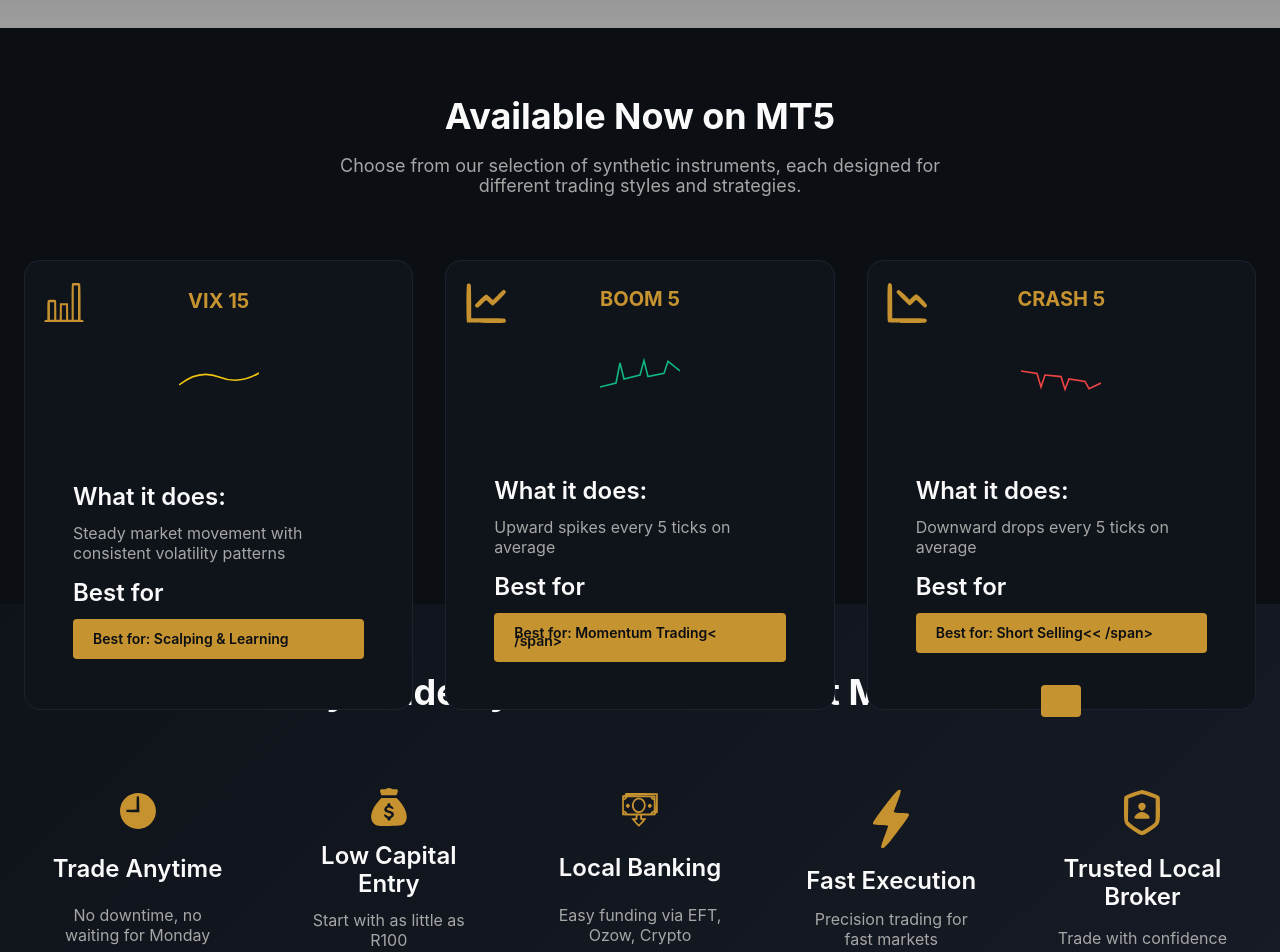
Repository: Jacques-Jaki-Morkel/VaultMarkets_Synthetics
Page: wp-copy/index.HTML
An editor plug-in stored every save of this project. The page is shown before and after the next save, followed by the edit.
The browser window is 1280 px wide. The pictures show the part of the page from y = 1238 to 2190 px (the page is 4689 px tall).
Pictures or frames that could not be fetched are drawn as grey boxes.

Above is the page before, as saved 2025-08-01 14:39:50.

After the next save:
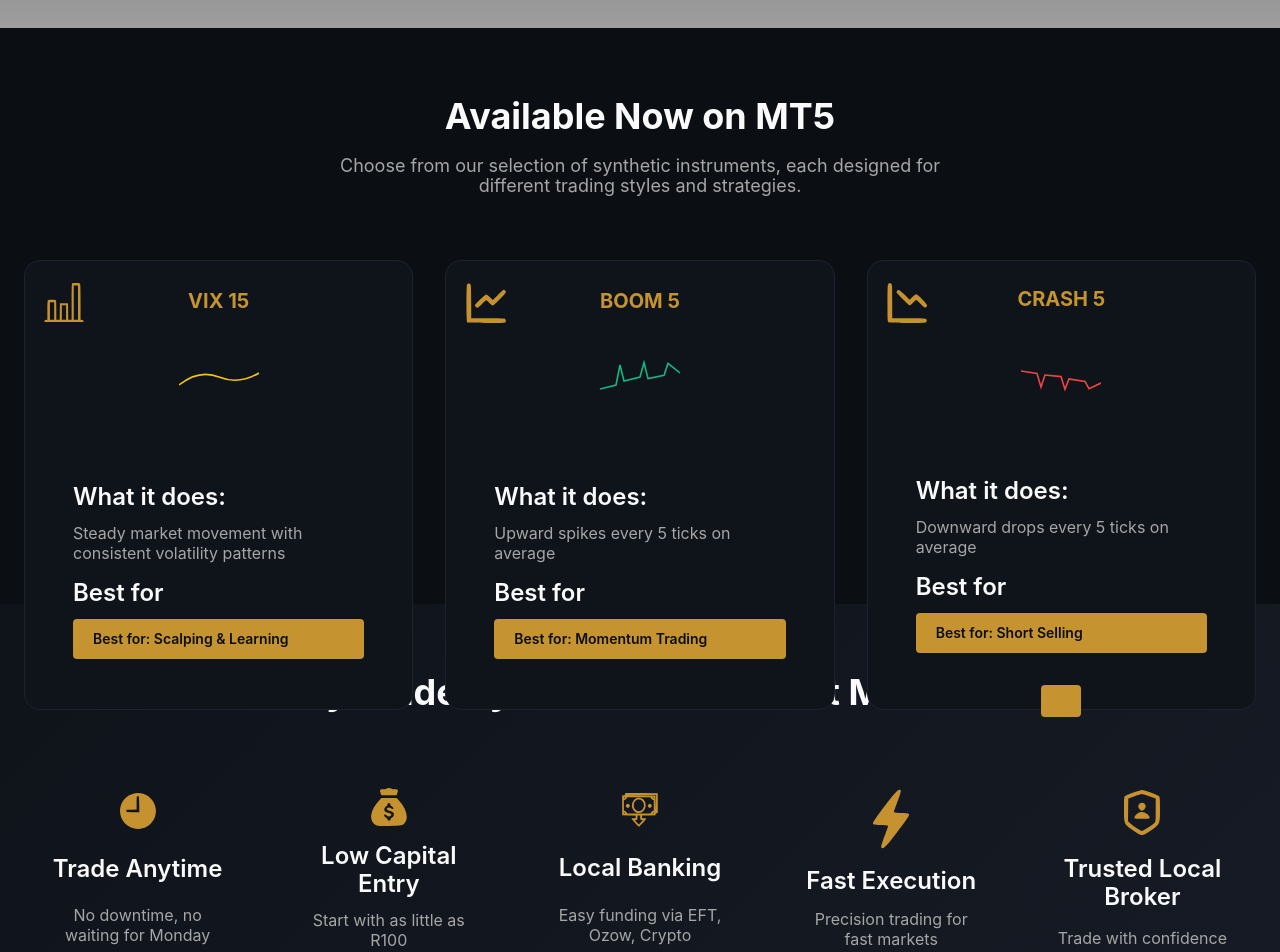
Saved 6 s later.
--- a/wp-copy/index.HTML
+++ b/wp-copy/index.HTML
@@ -116,7 +116,7 @@
                         <h3 class="vm-instrument-title">What it does:</h3>
                         <p class="vm-instrument-description">Upward spikes every 5 ticks on average</p>
                         <h3 class="vm-instrument-title">Best for</h3>
-                        <span class="vm-best-for">Best for: Momentum Trading< /span>
+                        <span class="vm-best-for">Best for: Momentum Trading</span>
                     </div>
 
                 </div>
@@ -136,7 +136,7 @@
                         <h3 class="vm-instrument-title">What it does:</h3>
                         <p class="vm-instrument-description">Downward drops every 5 ticks on average</p>
                         <h3 class="vm-instrument-title">Best for</h3>
-                        <span class="vm-best-for">Best for: Short Selling<< /span>
+                        <span class="vm-best-for">Best for: Short Selling</span>
                     </div>
                     <p class="vm-instrument-description"></p>
                     <span class="vm-best-for"></span>
